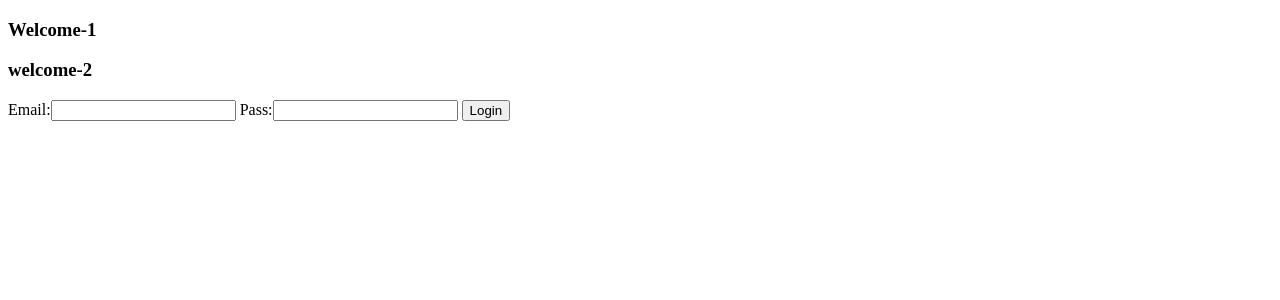
Repository: Karthi-Mano/AdvanceJavaPrograms
Page: FreshVegi/WebContent/Demo.html
These files come from the project's save history. The page is drawn as it stood at one moment and after the next save; the edit follows.
The browser window is 1280 px wide. The pictures show the whole page.

Above is the page before, as saved 2018-06-14 10:35:32.

### FreshVegi/WebContent/Demo.html
<!DOCTYPE html>
<html>
<head>
<meta charset="ISO-8859-1">
<title>Insert title here</title>

</head>
<body>
<h3>Welcome-1</h3>
<h3>welcome-2</h3>
  <form>
  Email:<input type="text"/>
  Pass:<input type="text"/>
  <input type="submit" value="Login">

  </form>
</body>
</html>

### FreshVegi/WebContent/mycss.css
h3
{
	font-style: italic;
}
body
{
	background-color: lime;
}

After the next save:
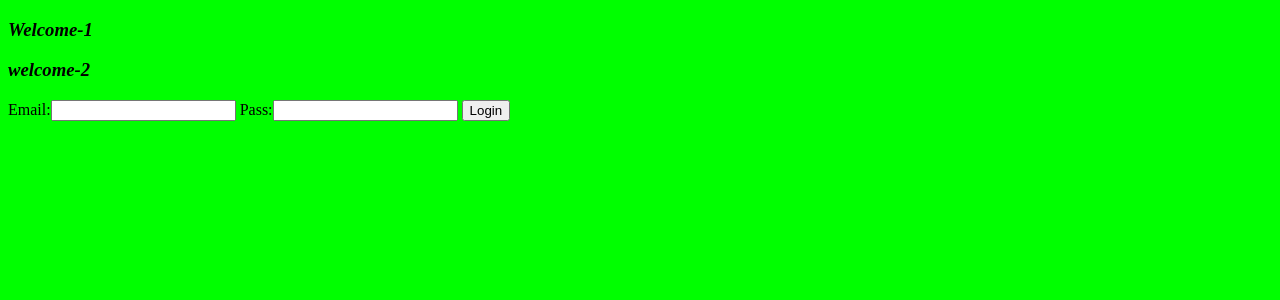
Saved 29 s later.
--- a/FreshVegi/WebContent/Demo.html
+++ b/FreshVegi/WebContent/Demo.html
@@ -3,7 +3,7 @@
 <head>
 <meta charset="ISO-8859-1">
 <title>Insert title here</title>
-
+<link rel="stylesheet" type="text/css" href="mycss.css">
 </head>
 <body>
 <h3>Welcome-1</h3>
